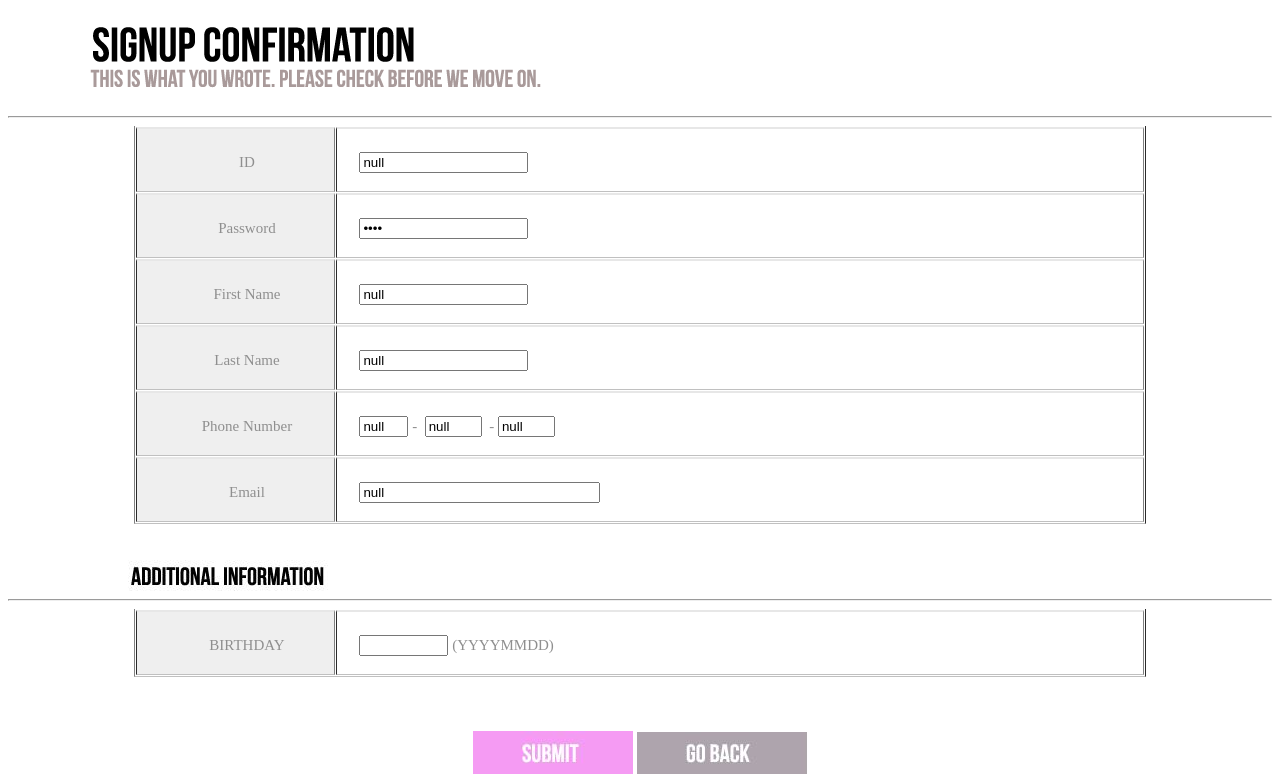
Repository: kminjoo/Making-website-using-JSP
Page: http://localhost/website_project/RegisterProc.jsp
These files come from the project's save history. The page is drawn as it stood at one moment and after the next save; the edit follows.
The browser window is 1280 px wide. The pictures show the whole page.
The page is served by Tomcat 9.

Above is the page before, as saved 2015-07-21 14:20:16.

After the next save:
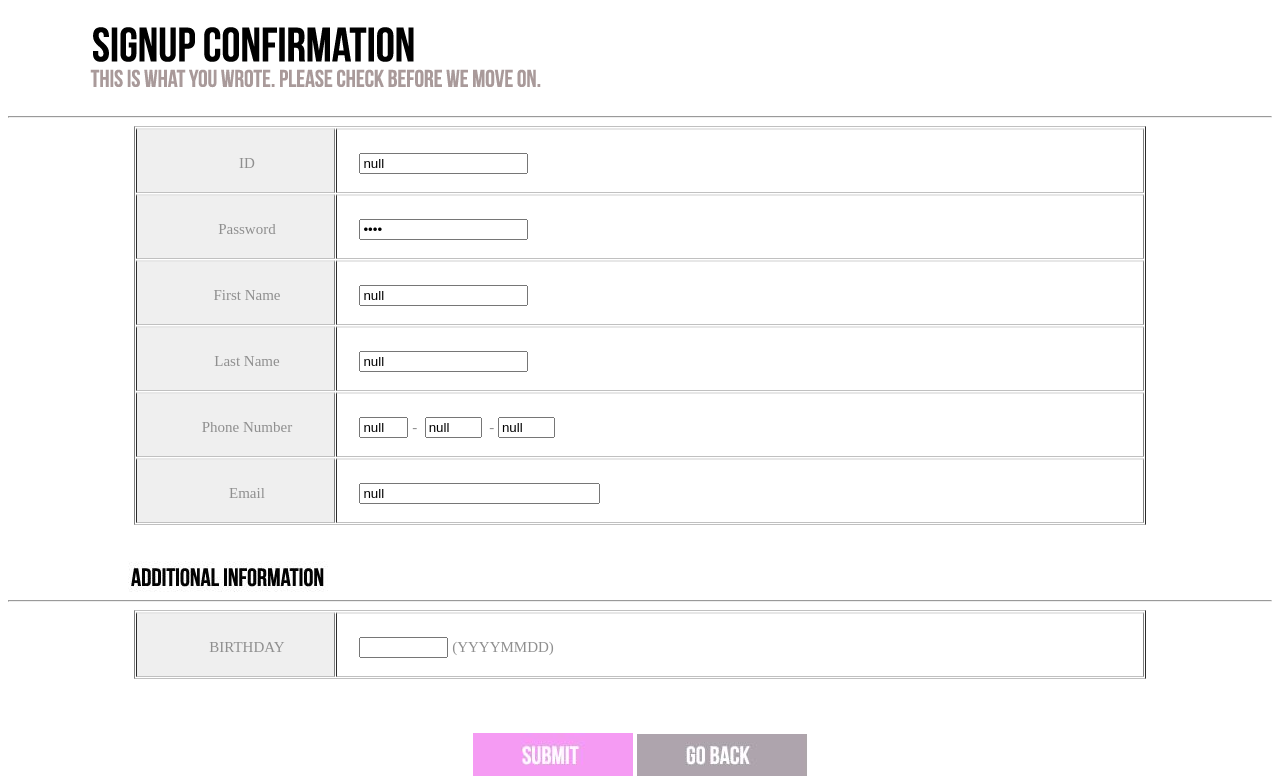
Saved 42 s later.
--- a/website_project/WebContent/style.css
+++ b/website_project/WebContent/style.css
@@ -19,6 +19,6 @@ hr {
 
 img{vertical-align:middle;}
 
-table{table-layout:fixed;border-top:0px solid #c0c0c0;border-bottom:1px solid #c0c0c0;}
+table{table-layout:fixed;border-top:1px solid #c0c0c0;border-bottom:1px solid #c0c0c0;}
 
 td{padding:23px 0 18px 22px;border-top:2px solid #e7e7e7;color:#8f8f8f;line-height:140%;font-size:15px;}
